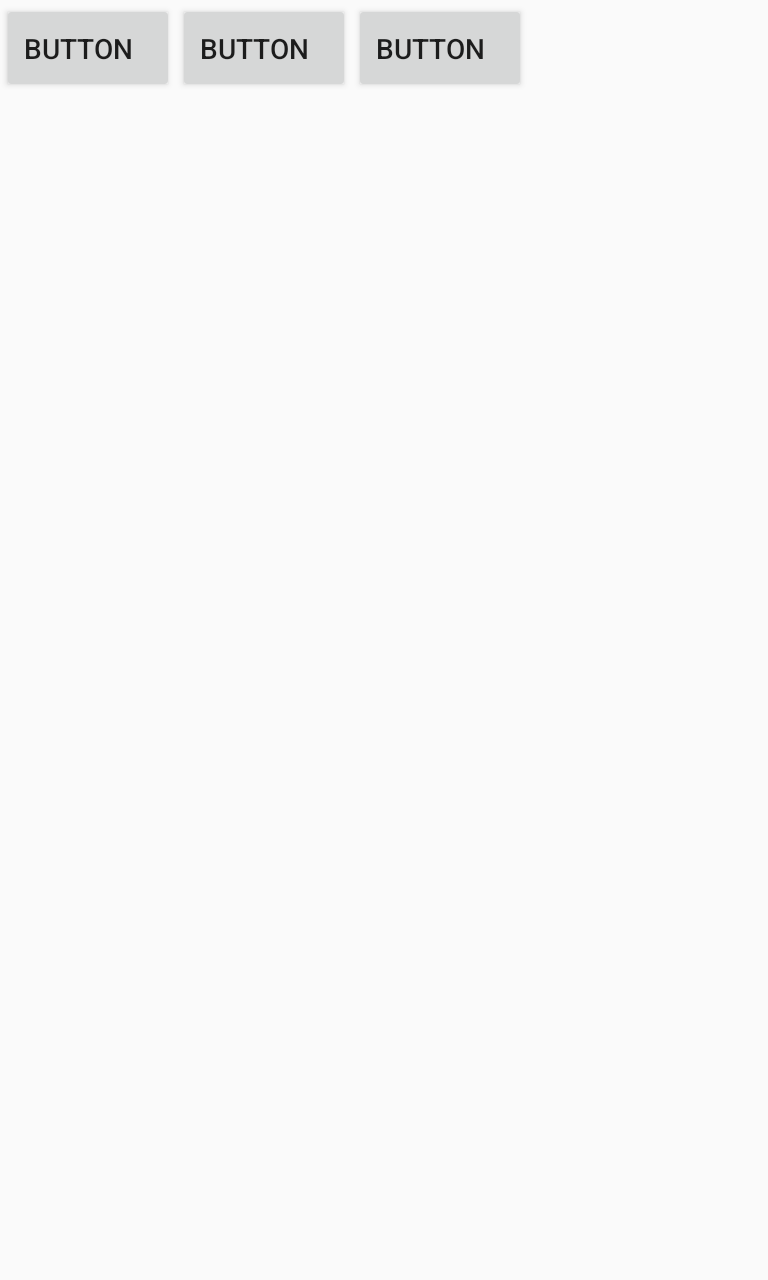
Repository: PaulAlfred/Android_Exercises
Layout: MoreLayouts/res/layout/arranged_equally_layout.xml
The author's editor kept a copy of each file at every save. The layout is drawn from the files as they stood at one save, then again after a run of saves.
It is drawn on a 768 x 1280 px phone screen (xhdpi) without system bars, with theme AppTheme; the app's code is not run.

Above is the layout before, as saved 2014-10-24 07:41:26.

### MoreLayouts/res/layout/arranged_equally_layout.xml
<?xml version="1.0" encoding="utf-8"?>
<LinearLayout xmlns:android="http://schemas.android.com/apk/res/android"
    android:layout_width="match_parent"
    android:layout_height="match_parent"
    android:orientation="vertical" >
<LinearLayout android:layout_width="match_parent"
    android:layout_height="wrap_content"
    android:orientation="horizontal">

    <Button
        android:id="@+id/button1"
        android:layout_width="wrap_content"
        android:layout_height="wrap_content"
        android:gravity="fill_vertical|fill_horizontal"
        android:text="Button" />

    <Button
        android:id="@+id/button2"
        android:layout_width="wrap_content"
        android:layout_height="wrap_content"
        android:gravity="center_vertical|fill_vertical|center_horizontal|fill_horizontal"
        android:text="Button" />

    <Button
        android:id="@+id/button3"
        android:layout_width="wrap_content"
        android:layout_height="wrap_content"
        android:gravity="center_vertical|fill_vertical|center_horizontal|fill_horizontal"
        android:text="Button" />

</LinearLayout>
</LinearLayout>

Loaded but not shown: MoreLayouts/res/values/styles.xml (common file); MoreLayouts/res/values-v11/styles.xml (common file); MoreLayouts/res/values-v14/styles.xml (common file)

After the next 2 saves:
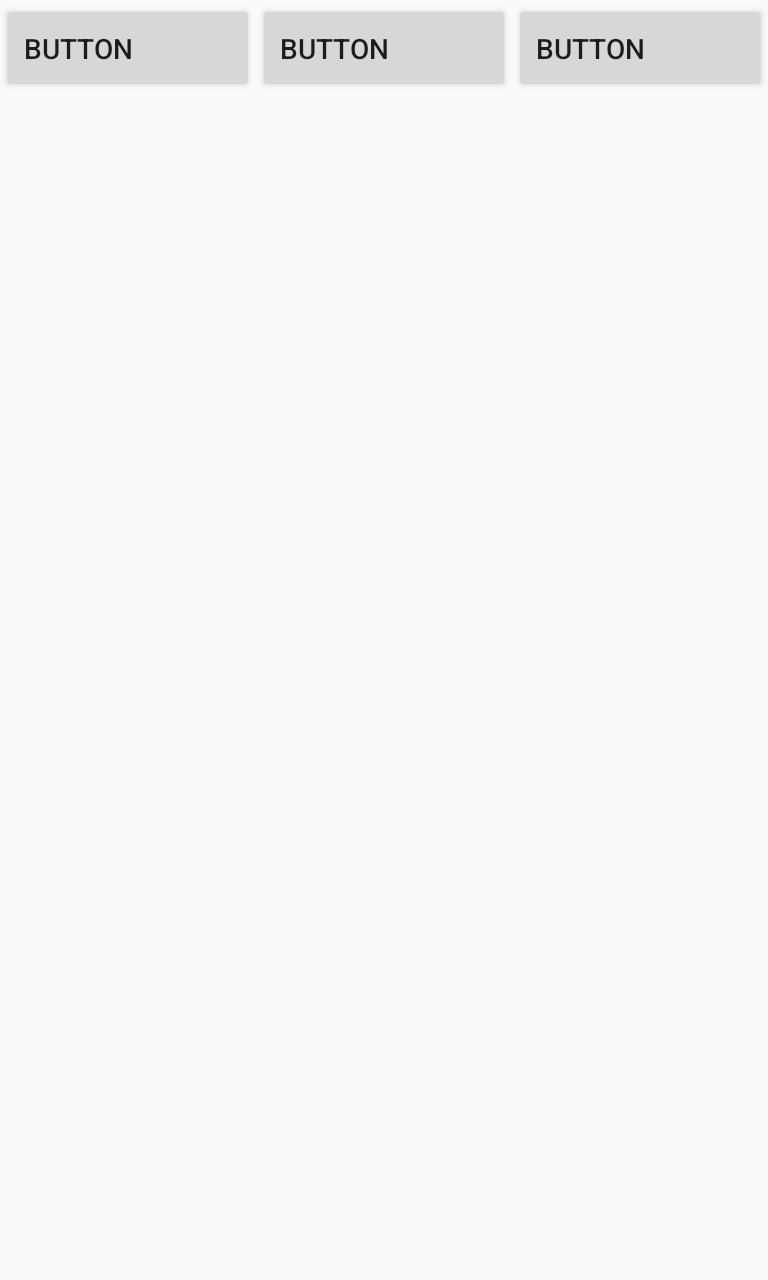
The 2 saves are shown as one change because 1 did not build or start.
The last was saved 18 min 23 s later.
--- a/MoreLayouts/res/layout/arranged_equally_layout.xml
+++ b/MoreLayouts/res/layout/arranged_equally_layout.xml
@@ -3,29 +3,35 @@
     android:layout_width="match_parent"
     android:layout_height="match_parent"
     android:orientation="vertical" >
-<LinearLayout android:layout_width="match_parent"
+
+<LinearLayout
+    android:layout_width="match_parent"
     android:layout_height="wrap_content"
-    android:orientation="horizontal">
-
-    <Button
-        android:id="@+id/button1"
-        android:layout_width="wrap_content"
-        android:layout_height="wrap_content"
-        android:gravity="fill_vertical|fill_horizontal"
-        android:text="Button" />
+    android:orientation="horizontal" >
 
     <Button
         android:id="@+id/button2"
         android:layout_width="wrap_content"
         android:layout_height="wrap_content"
-        android:gravity="center_vertical|fill_vertical|center_horizontal|fill_horizontal"
+        android:layout_weight="1"
+        android:gravity="fill"
+        android:selectAllOnFocus="true"
         android:text="Button" />
 
     <Button
         android:id="@+id/button3"
         android:layout_width="wrap_content"
-        android:layout_height="wrap_content"
-        android:gravity="center_vertical|fill_vertical|center_horizontal|fill_horizontal"
+        android:layout_height="match_parent"
+        android:layout_weight="1"
+        android:gravity="fill"
+        android:text="Button" />
+
+    <Button
+        android:id="@+id/Button01"
+        android:layout_width="wrap_content"
+        android:layout_height="match_parent"
+        android:layout_weight="1"
+        android:gravity="center_horizontal|fill"
         android:text="Button" />
 
 </LinearLayout>
